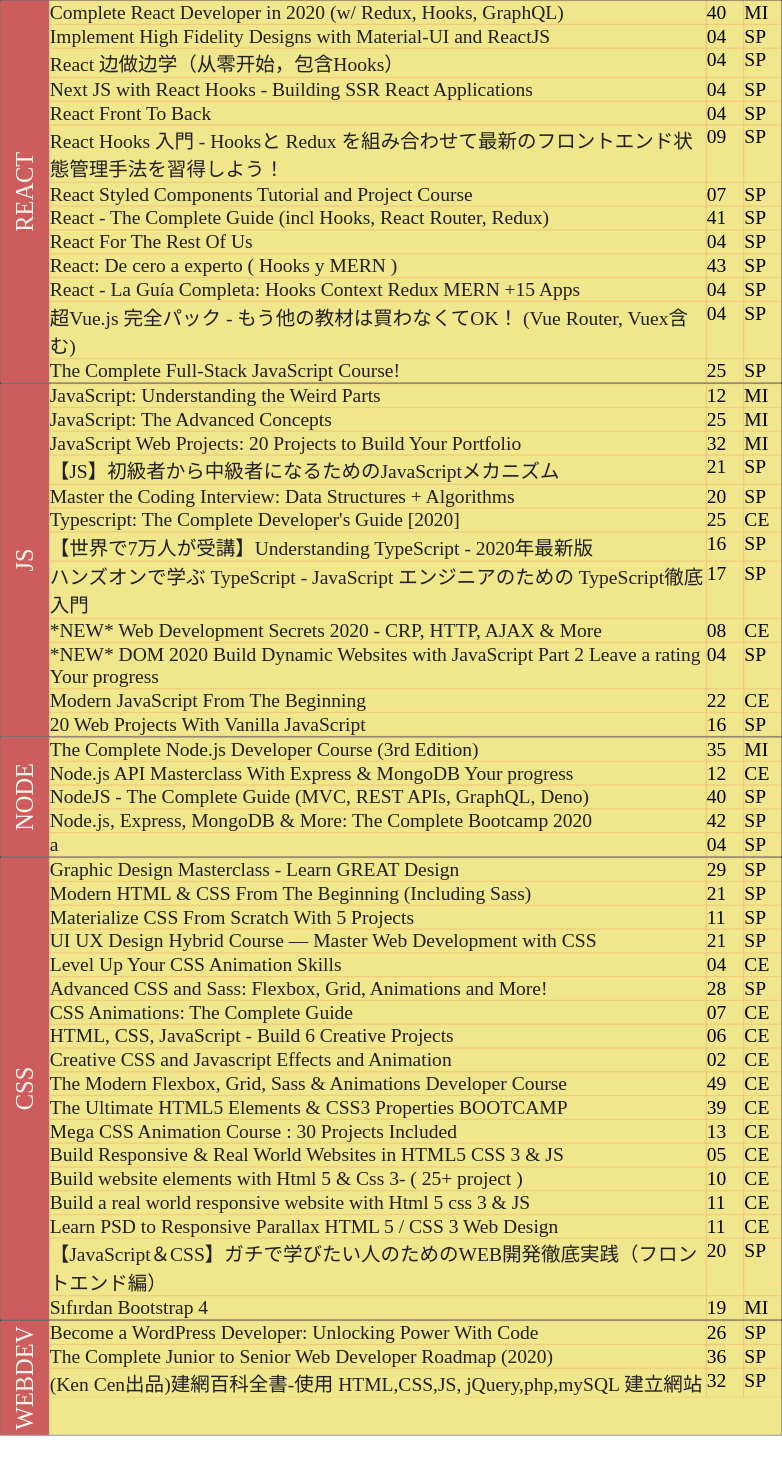
Repository: ClementLight/plan
Page: codicrs.html
An editor plug-in stored every save of this project. The page is shown before and after the next save, followed by the edit.
The browser window is 1280 px wide. The page is 1282 px wide, so the pictures cover 1282 px, including what lies to the right of the window. The pictures show the whole page, at 61% of full size.

Above is the page before, as saved 2020-08-21 16:11:58.

After the next save:
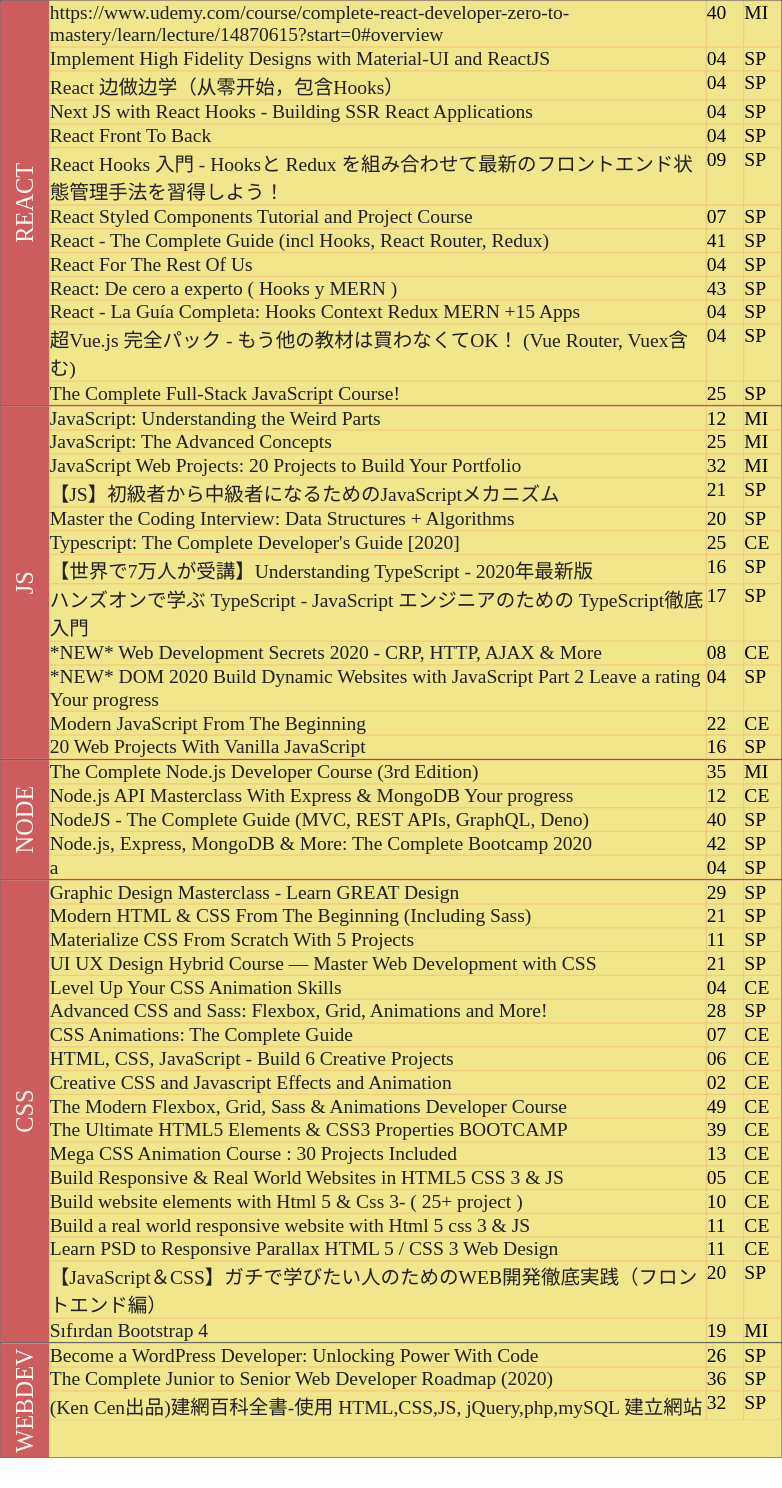
Saved 12 s later.
--- a/codicrs.html
+++ b/codicrs.html
@@ -91,7 +91,7 @@
       <div class="lessontype">REACT</div>
       <div class="lessons">
         <div class="lesson">
-          <a class="lessonname" href="https://www.udemy.com/course/implement-high-fidelity-designs-with-material-ui-and-reactjs/learn/lecture/16234402?start=165#overview">Complete React Developer in 2020 (w/ Redux, Hooks, GraphQL)</a>
+          <a class="lessonname" href="https://www.udemy.com/course/implement-high-fidelity-designs-with-material-ui-and-reactjs/learn/lecture/16234402?start=165#overview">https://www.udemy.com/course/complete-react-developer-zero-to-mastery/learn/lecture/14870615?start=0#overview</a>
           <span class="hours">40</span>
           <span class="account">MI</span>
         </div>

After the save that followed:
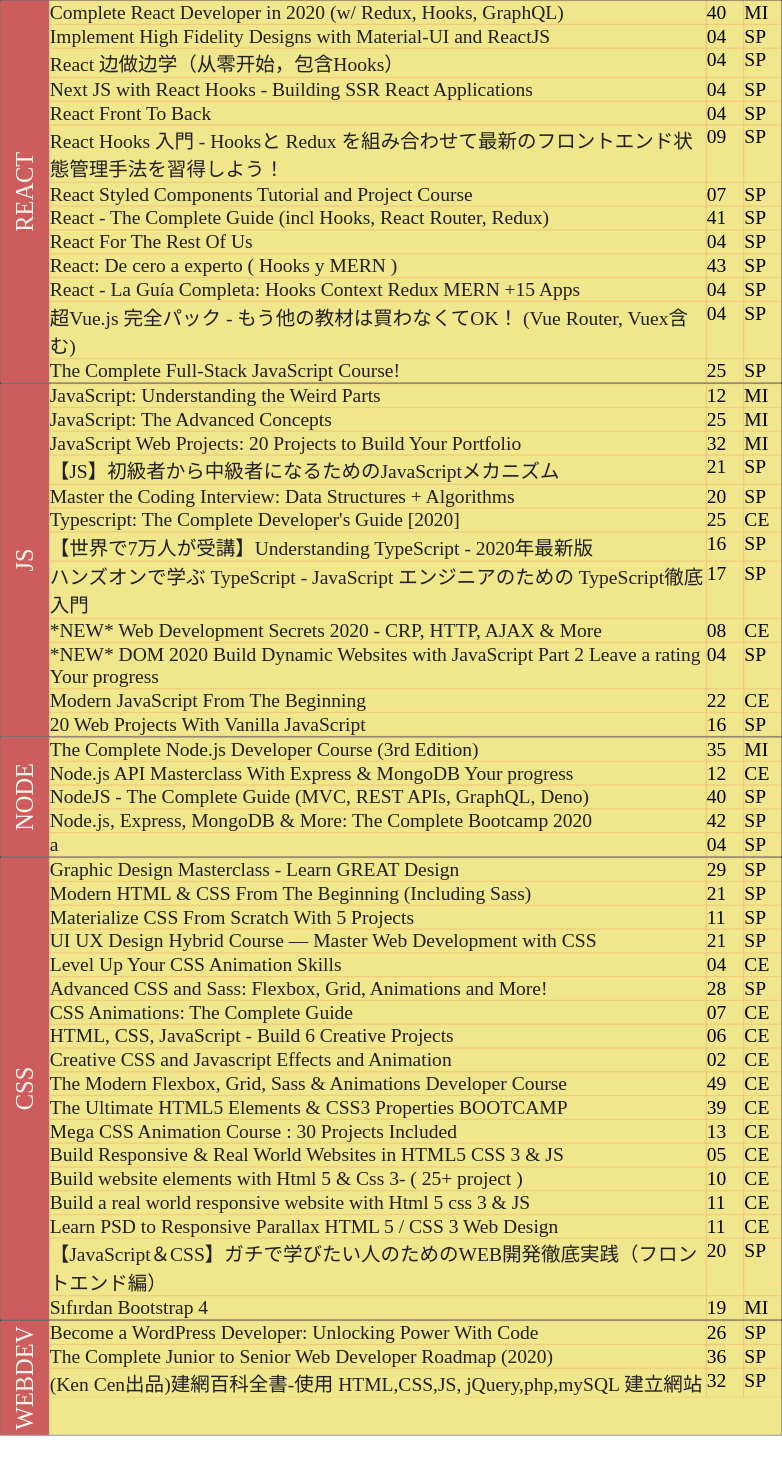
Saved 4 s later.
--- a/codicrs.html
+++ b/codicrs.html
@@ -91,7 +91,7 @@
       <div class="lessontype">REACT</div>
       <div class="lessons">
         <div class="lesson">
-          <a class="lessonname" href="https://www.udemy.com/course/implement-high-fidelity-designs-with-material-ui-and-reactjs/learn/lecture/16234402?start=165#overview">https://www.udemy.com/course/complete-react-developer-zero-to-mastery/learn/lecture/14870615?start=0#overview</a>
+          <a class="lessonname" href="https://www.udemy.com/course/complete-react-developer-zero-to-mastery/learn/lecture/14870615?start=0#overview">Complete React Developer in 2020 (w/ Redux, Hooks, GraphQL)</a>
           <span class="hours">40</span>
           <span class="account">MI</span>
         </div>
